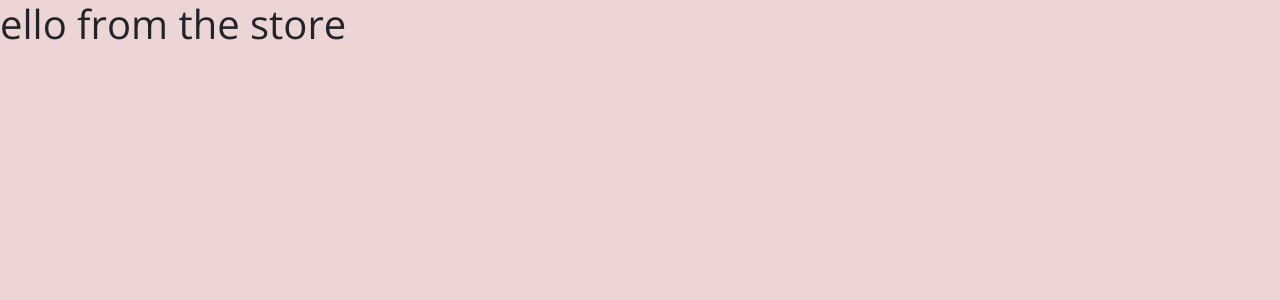
Repository: CaptainStorm21/react16-techstore
Page: /
An editor plug-in stored every save of this project. The page is shown before and after the next save, followed by the edit.
The browser window is 1280 px wide. The pictures show the whole page.
Some web fonts or font styles are not loaded; a fallback is used. The project was rebuilt for these pictures with package versions that can differ from the ones it lists, and the page was loaded fresh each time.

Above is the page before, as saved 2020-05-06 22:00:29.

### public/index.html
<!DOCTYPE html>
<html lang="en">
  <head>
    <meta charset="utf-8" />
    <link rel="icon" href="%PUBLIC_URL%/favicon.ico" />
    <meta name="viewport" content="width=device-width, initial-scale=1" />
    <meta name="theme-color" content="#000000" />
    <meta
      name="description"
      content="Web site created using create-react-app"
    />
    <link rel="apple-touch-icon" href="%PUBLIC_URL%/logo192.png" />
    <!--
      manifest.json provides metadata used when your web app is installed on a
      user's mobile device or desktop. See https://developers.google.com/web/fundamentals/web-app-manifest/
    -->
    <link rel="manifest" href="%PUBLIC_URL%/manifest.json" />
    <!--
      Notice the use of %PUBLIC_URL% in the tags above.
      It will be replaced with the URL of the `public` folder during the build.
      Only files inside the `public` folder can be referenced from the HTML.

      Unlike "/favicon.ico" or "favicon.ico", "%PUBLIC_URL%/favicon.ico" will
      work correctly both with client-side routing and a non-root public URL.
      Learn how to configure a non-root public URL by running `npm run build`.
    -->
    <title>Tech Store</title>
  </head>
  <body>
    <noscript>You need to enable JavaScript to run this app.</noscript>
    <div id="root"></div>
    <!--
      This HTML file is a template.
      If you open it directly in the browser, you will see an empty page.

      You can add webfonts, meta tags, or analytics to this file.
      The build step will place the bundled scripts into the <body> tag.

      To begin the development, run `npm start` or `yarn start`.
      To create a production bundle, use `npm run build` or `yarn build`.
    -->
  </body>
</html>

### src/App.js
import React from 'react';
import './App.css';
import  'bootstrap/dist/css/bootstrap.min.css'

function App() {
  return (
    <div >
     <h1>ello from the store</h1>
    </div>
  );
}

export default App;

### src/App.css
@import url('https://fonts.googleapis.com/css?family=Monda:400,700|Open+Sans:400,700|Raleway:400,700&display=swap');

/* font-family: 'Raleway', sans-serif;
font-family: 'Open Sans', sans-serif;
font-family: 'Monda', sans-serif;
*/


/* sass */
:root{
  --primaryColor:  #0a74bb;
  --primaryRGBA: rgba(0,0,0,0.3);
  --mainGrey: #eed5d5 !important;
  --darkGrey: #1A1110;
  --mainWhite: #fff;
  --mainBlack: #222;
  --mainTransition:  all 0.3s ease-in-out;
}

body{
  font-family: 'Open Sans', sans-serif  !important;
  background-color: var(--mainGrey) !important;
}

Loaded but not shown: src/index.js (common file); src/index.css (common file); src/serviceWorker.js (common file)

After the next save:
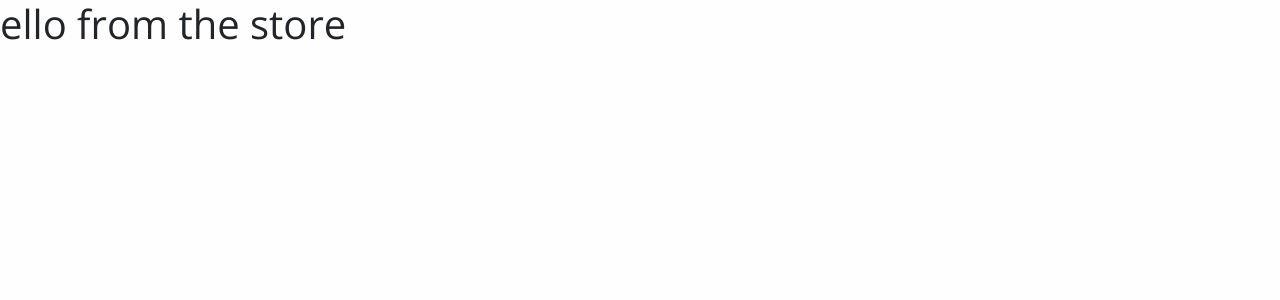
Saved 9 s later.
--- a/src/App.css
+++ b/src/App.css
@@ -10,7 +10,7 @@
 :root{
   --primaryColor:  #0a74bb;
   --primaryRGBA: rgba(0,0,0,0.3);
-  --mainGrey: #eed5d5 !important;
+  --mainGrey: #fffefe !important;
   --darkGrey: #1A1110;
   --mainWhite: #fff;
   --mainBlack: #222;
